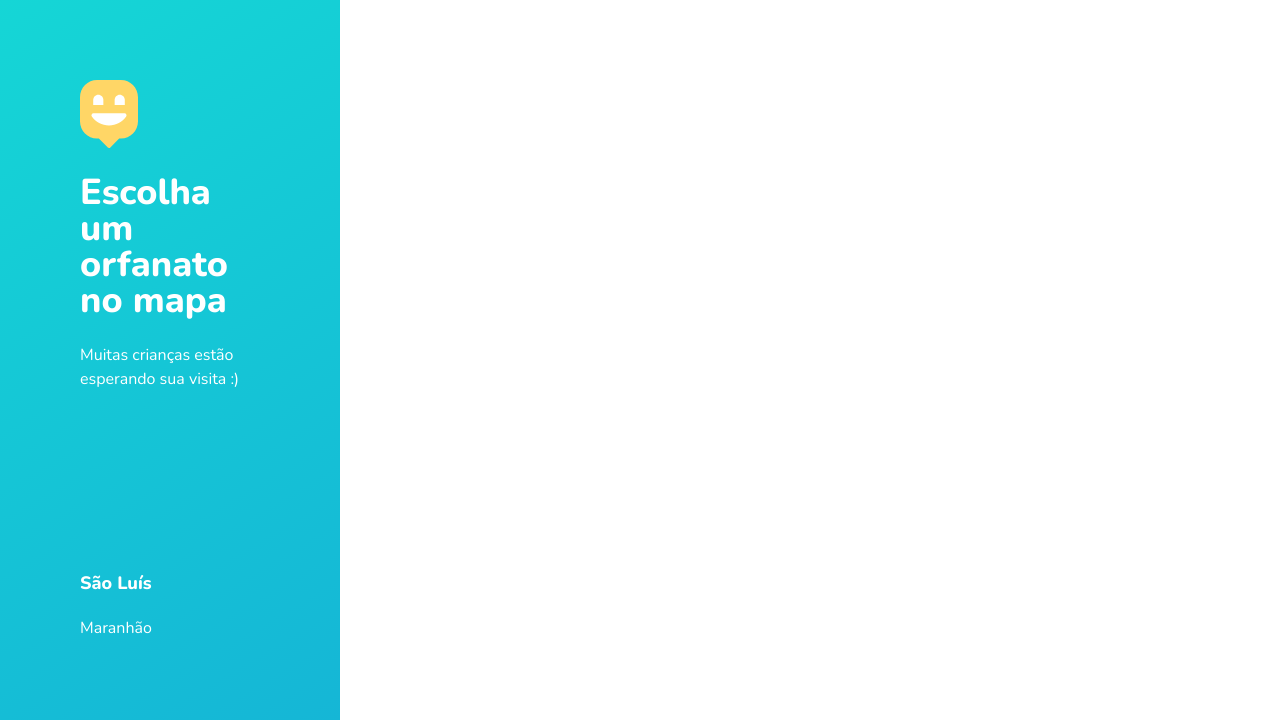
Repository: SrtaPoe/nlw
Page: orphanages.html
The author's editor kept a copy of each file at every save. The page is drawn from the files as they stood at one save, then again after the next save.
The browser window is 1280 px wide. The pictures show the whole page.

Above is the page before, as saved 2020-10-15 13:53:45.

After the next save:
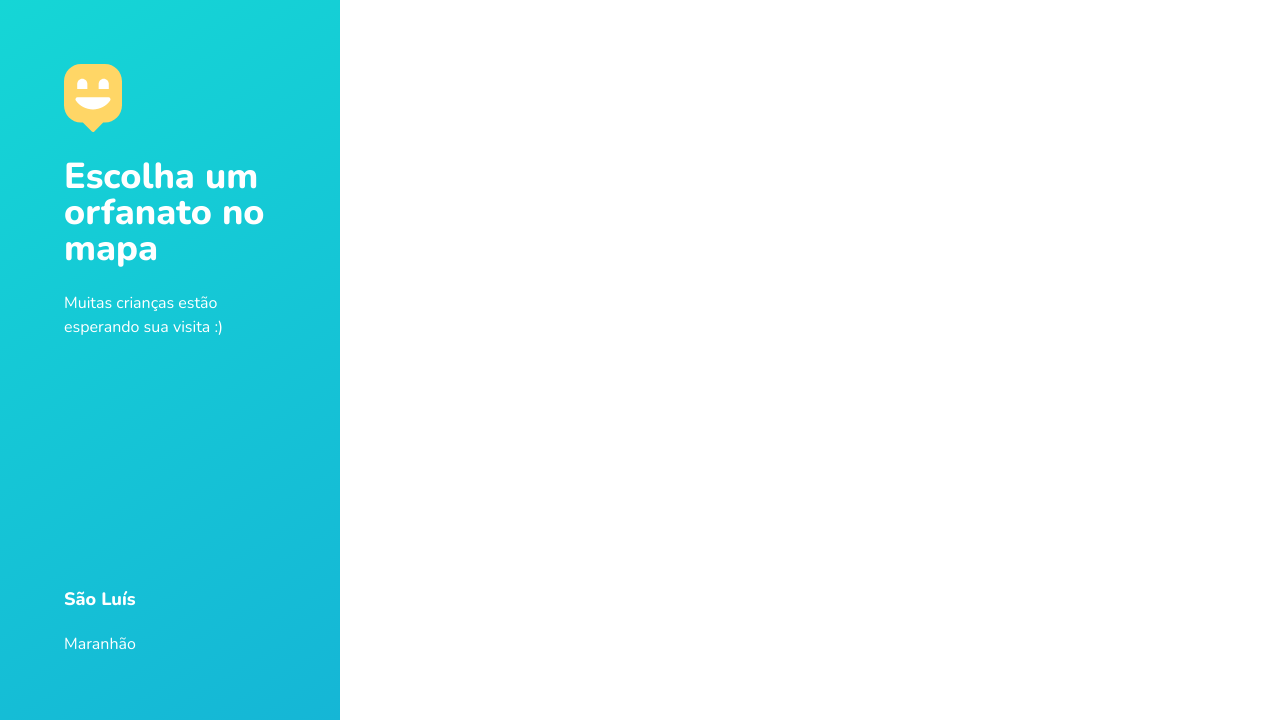
Saved 26 s later.
--- a/public/css/page-orphanages.css
+++ b/public/css/page-orphanages.css
@@ -7,7 +7,7 @@
 aside {
     width: clamp(34rem, 24vw, 44rem);
     background: linear-gradient(329.54deg, #15B6D6 0%, #15D6D6 100%);
-    padding: 8rem;
+    padding: clamp(3rem, 5vw, 8rem);
     display: flex;
     flex-direction: column;
     justify-content: space-between;
